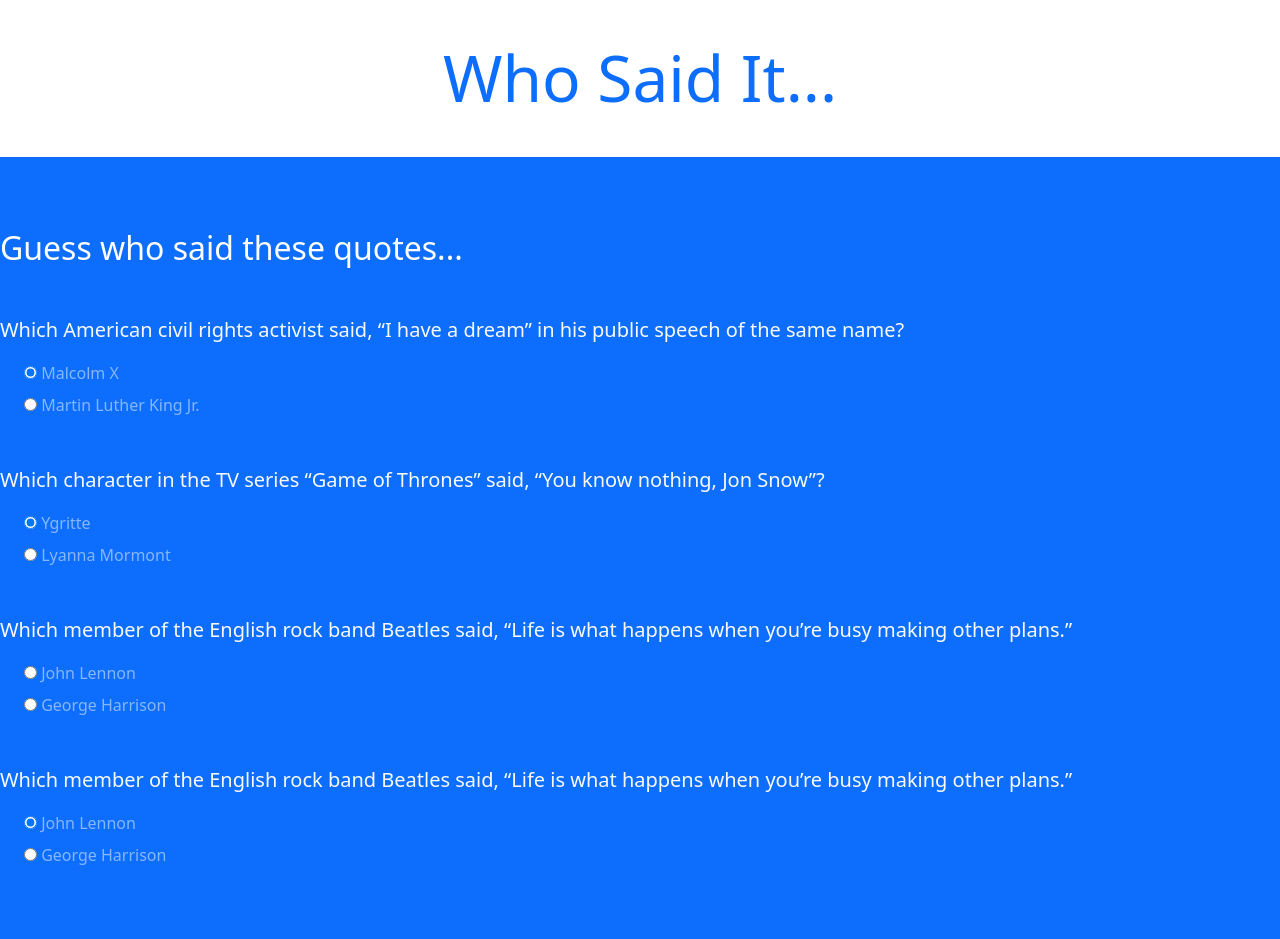
Repository: julihocc/Presentation-02-Forms-with-vanilla-JS
Page: index.html
An editor plug-in stored every save of this project. The page is shown before and after the next save, followed by the edit.
The browser window is 1280 px wide. The pictures show the whole page.

Above is the page before, as saved 2022-09-27 13:51:50.

### index.html
<!-- step 0.1: create HTML5 template -->
<!DOCTYPE html>
<html lang="en">

<head>
    <meta charset="UTF-8">
    <meta http-equiv="X-UA-Compatible" content="IE=edge">
    <meta name="viewport" content="width=device-width, initial-scale=1.0">

    <!-- step 0.4: include bootstrap -->
    <!-- CSS only -->
    <link href="https://cdn.jsdelivr.net/npm/bootstrap@5.2.1/dist/css/bootstrap.min.css" rel="stylesheet"
        integrity="sha384-iYQeCzEYFbKjA/T2uDLTpkwGzCiq6soy8tYaI1GyVh/UjpbCx/TYkiZhlZB6+fzT" crossorigin="anonymous">

    <!-- step 0.2: change title -->
    <title>Who Said It...</title>
</head>

<body>

    <!-- step 1.1 top section -->
    <div class="intro py-3 bg-white text-center">
        <div class="container">
            <h2 class="text-primary display-3 my-4">
                Who Said It...
            </h2>
        </div>
    </div>

    <!-- step 1.4: quiz section -->
    <div class="quiz py-4 bg-primary">
        <div class="containter">
            <h2 class="my-5 text-white">
                Guess who said these quotes...
            </h2>
            <!-- step 1.5: create form -->
            <form class="quiz-form text-light">
                <!-- step 1.6: create containers for each question -->
                <!-- step 1.7.1 question #1-->
                <div class="my-5">
                    <p class="lead font-weight-normal">
                        Which American civil rights activist said, “I have a dream” in his public speech of the same
                        name?
                    </p>
                    <!-- step 1.7.2 first option to question 1 -->
                    <div class="form-check my-2 text-white-50">
                        <input type="radio" name="q1" value="A" checked>
                        <label class="form-check-label">
                            Malcolm X
                        </label>
                    </div>
                    <!-- step 1.7.3 second option to quesition 2 -->
                    <div class="form-check my-2 text-white-50">
                        <input type="radio" name="q1" value="B">
                        <label class="form-check-label">
                            Martin Luther King Jr.
                        </label>
                    </div>
                    <!-- step 1.8.1 question #2-->
                    <div class="my-5">
                        <p class="lead font-weight-normal"> Which character in the TV series “Game of Thrones” said, “You know nothing, Jon Snow”?
                        </p>
                        <!-- step 1.8.2 first option to question 2 -->
                        <div class="form-check my-2 text-white-50">
                            <input type="radio" name="q2" value="A" checked>
                            <label class="form-check-label">
                                Ygritte
                            </label>
                        </div>
                        <!-- step 1.8.3 second option to quesition 2 -->
                        <div class="form-check my-2 text-white-50">
                            <input type="radio" name="q2" value="B">
                            <label class="form-check-label">
                                Lyanna Mormont
                            </label>
                        </div>
                    </div>
                    <!-- step 1.9.1 question #3-->
                    <div class="my-5">
                        <p class="lead font-weight-normal"> Which member of the English rock band Beatles said, “Life is what happens when you’re busy making other plans.”
                        </p>
                        <!-- step 1.9.2 first option to question 3 -->
                        <div class="form-check my-2 text-white-50">
                            <input type="radio" name="q3" value="A" checked>
                            <label class="form-check-label">
                                John Lennon
                            </label>
                        </div>
                        <!-- step 1.9.3 second option to quesition 3 -->
                        <div class="form-check my-2 text-white-50">
                            <input type="radio" name="q3" value="B">
                            <label class="form-check-label">
                                George Harrison
                            </label>
                        </div>
                    </div>
                    <!-- step 1.10.1 question #4-->
                    <div class="my-5">
                        <p class="lead font-weight-normal"> Which member of the English rock band Beatles said, “Life is what happens when you’re busy making other plans.”
                        </p>
                        <!-- step 1.9.2 first option to question 3 -->
                        <div class="form-check my-2 text-white-50">
                            <input type="radio" name="q3" value="A" checked>
                            <label class="form-check-label">
                                John Lennon
                            </label>
                        </div>
                        <!-- step 1.9.3 second option to quesition 3 -->
                        <div class="form-check my-2 text-white-50">
                            <input type="radio" name="q3" value="B">
                            <label class="form-check-label">
                                George Harrison
                            </label>
                        </div>
                    </div>
                </div>
            </form>
        </div>
    </div>

    <!-- step 0.3: link js -->
    <script src="app.js"></script>
</body>

</html>

Loaded but not shown: app.js (no copy from this time; the picture is the same without it)

After the next save:
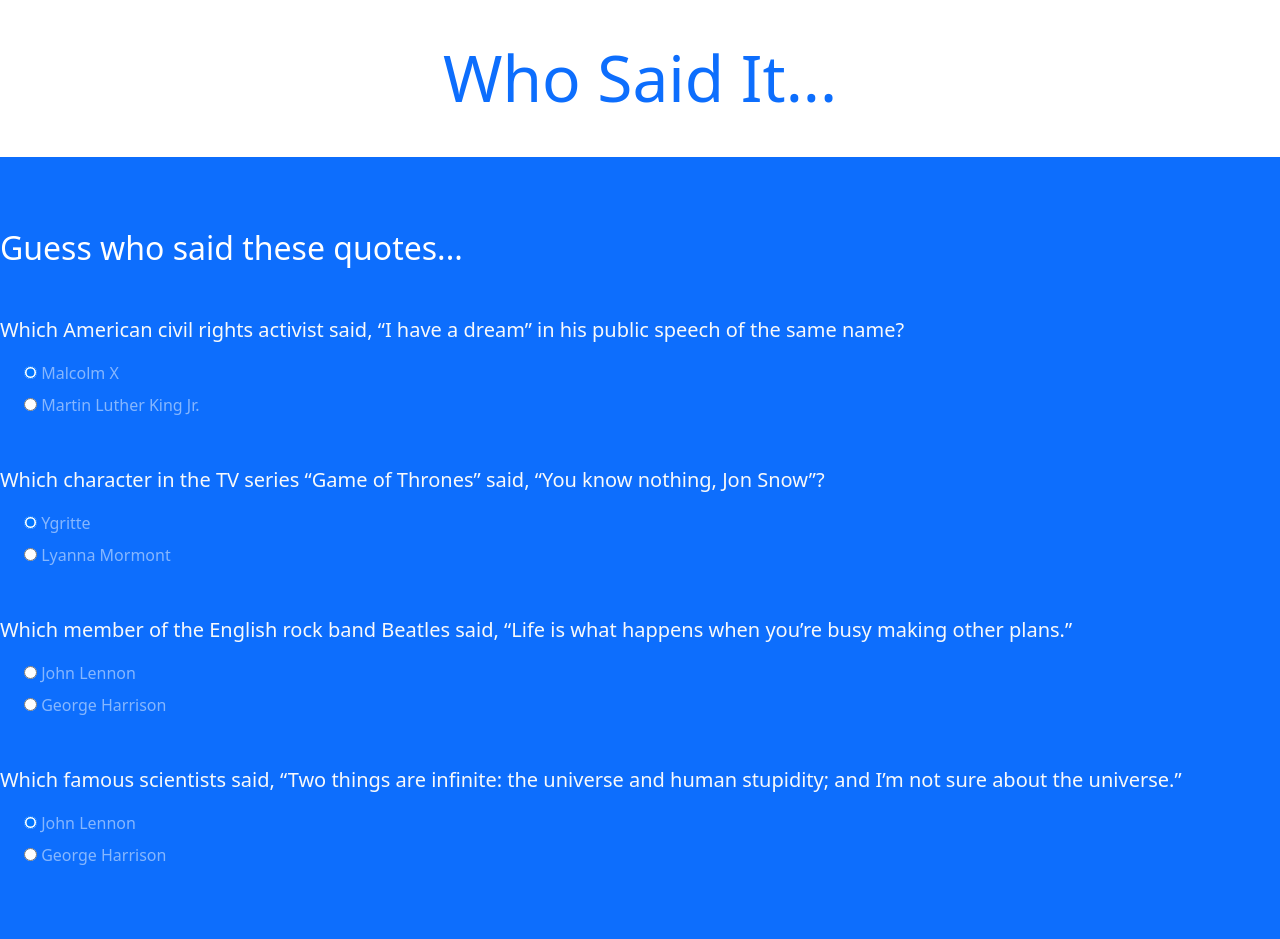
Saved 15 s later.
--- a/index.html
+++ b/index.html
@@ -96,7 +96,7 @@
                     </div>
                     <!-- step 1.10.1 question #4-->
                     <div class="my-5">
-                        <p class="lead font-weight-normal"> Which member of the English rock band Beatles said, “Life is what happens when you’re busy making other plans.”
+                        <p class="lead font-weight-normal">Which famous scientists said, “Two things are infinite: the universe and human stupidity; and I’m not sure about the universe.”
                         </p>
                         <!-- step 1.9.2 first option to question 3 -->
                         <div class="form-check my-2 text-white-50">
